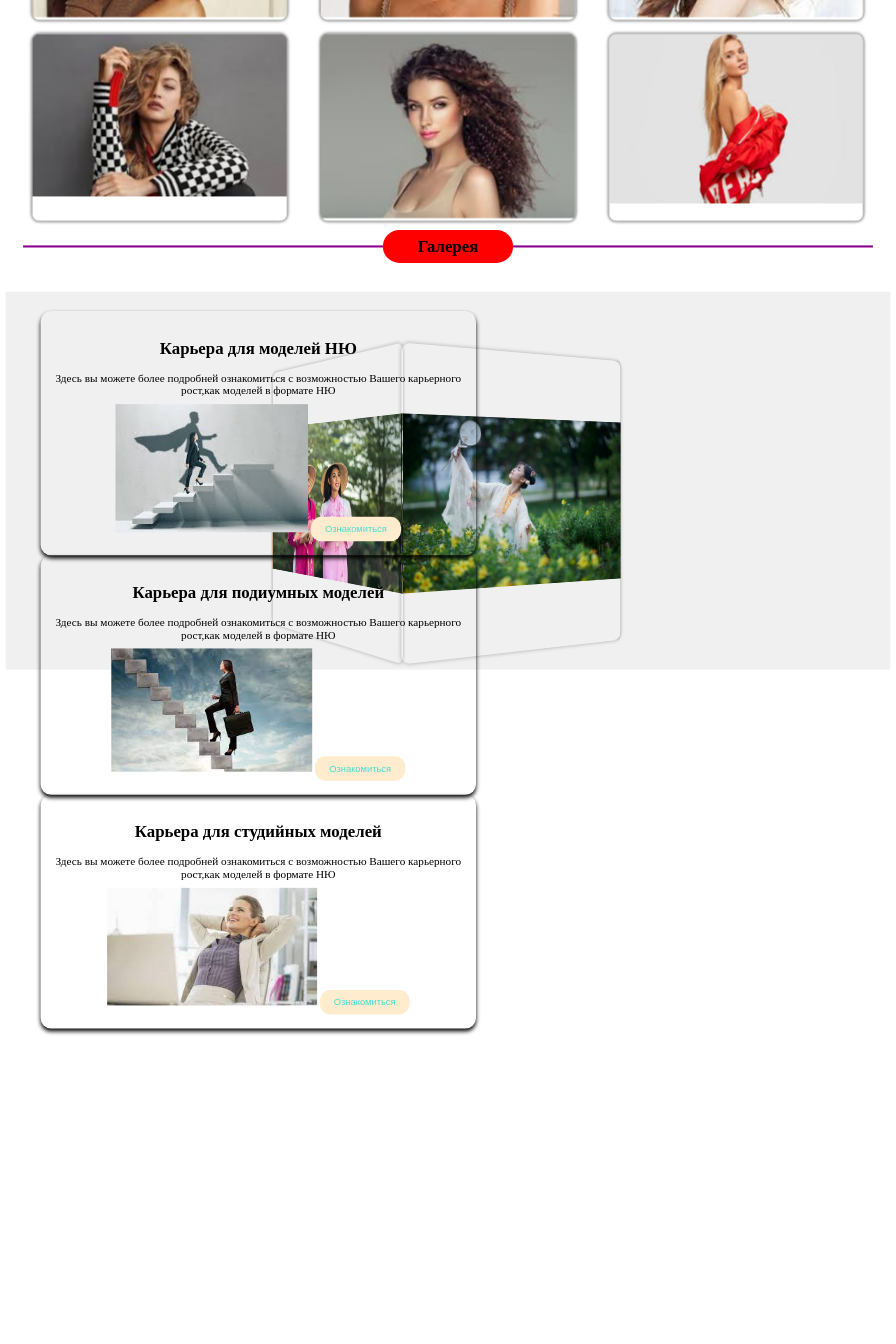
Repository: qtqqrdy13/model-studio
Page: index.html
The author's editor kept a copy of each file at every save. The page is drawn from the files as they stood at one save, then again after the next save.
The browser window is 1280 px wide. The pictures show the part of the page from y = 1561 to 3481 px (the page is 3651 px tall), at 70% of full size.
A picture or video elsewhere on the page could not be fetched, so the positions and the page height are approximate.

Above is the page before, as saved 2023-09-01 13:49:46.

### index.html
<!DOCTYPE html>
<html lang="RU">

<head>
    <meta charset="UTF-8">
    <meta name="viewport" content="width=device-width, initial-scale=1.0">
    <title>model studio</title>
    <link rel="stylesheet" type="text/css" href="style.css">
</head>

<body>
    <header class="header">
        <div class="conteiner">
            <div class="header_inner">
                <div class="header_logo">
                    MS15
                </div>
                <nav class="nav">
                    <a class="nav_link" href="#">Про нас</a>
                    <a class="nav_link" href="#">Для моделей</a>
                    <a class="nav_link" href="#">Галерея</a>
                    <a class="nav_link" href="#">Карьера</a>
                    <a class="nav_link" href="#">Услуги</a>
                    <a class="nav_link" href="#">Контакты</a>
                </nav>
            </div>
        </div>
    </header>

    <div class="intro">
        <div class="intro__inner">
            <h2 class="intro_suptitle">
                Добро пожаловать!
            </h2>
            <h1 class="intro_title">
                На наш сайт
            </h1>
            <a class="button">
                Читать далее
            </a>
        </div>
        <img src="../java/img/ответственная-стильная-девушка-отдающая-приветствие-слушая-порядок-217387674.webp" alt="">

    </div>
    <div id="about_us">
        <div class="announcement">
            <h2 class="title">
                Про нас
            </h2>
        </div>
    </div>
    <div class="welcome_conteiner">
        <div class="text_content">
            <h1>
                МЫ СУПЕР НОВАЯ КРУТАЯ МОДЕЛЬНАЯ СТУДИЯ
            </h1>
            <p>
                Lorem ipsum dolor sit amet consectetur adipiscing elit mollis interdum, ac parturient magnis ultricies
                congue gravida nulla vivamus sem, purus maecenas id vestibulum odio aptent facilisis ante. Finibus mi
                enim porta tristique ipsum conubia viverra bibendum praesent, rhoncus pellentesque senectus vestibulum
                odio ornare curabitur feugiat nec dictum, montes nascetur fringilla netus efficitur himenaeos elementum
                facilisis. Amet purus commodo vel nullam vulputate non mi sagittis ac, malesuada vehicula varius
                phasellus tristique tempor ullamcorper facilisis, sem quisque morbi consequat curae imperdiet eros
                libero.
            </p>
            <a class="clicker" href="#">
                Читать дальше
            </a>
        </div>
        <div class="image_content">
            <img src="../ргн.png">
        </div>
    </div>
    <div id="for_models">
        <div class="announcement">
            <h2 class="title">
                Для моделей
            </h2>
        </div>
    </div>
    <div class="wrapper">
        <div class="block">
            <img src="../java/img/Без названия (1).jpg">
            <div class="information">
                <h1>
                    Хочу Вас познакомить с шикарными девушками которые готовы работать в формате nu.
                </h1>
                <p>
                    Тыкайте сюда.
                </p>
                <a href="#" class="btn">
                    Далее
                </a>
            </div>
        </div>
        <div class="block">
            <img src="../java/img/Без названия (2).jpg">
            <div class="information">
                <h1>
                    Хочу Вас познакомить с шикарными девушками которые готовы работать в формате nu.
                </h1>
                <p>
                    Тыкайте сюда.
                </p>
                <a href="#" class="btn">
                    Далее
                </a>
            </div>
        </div>
        <div class="block">
            <img src="../java/img/Без названия (3).jpg">
            <div class="information">
                <h1>
                    Хочу Вас познакомить с шикарными девушками которые готовы работать в формате nu.
                </h1>
                <p>
                    Тыкайте сюда.
                </p>
                <a href="#" class="btn">
                    Далее
                </a>
            </div>
        </div>
        <div class="block">
            <img src="../java/img/images.jpg">
            <div class="information">
                <h1>
                    Хочу Вас познакомить с шикарными девушками которые готовы работать в формате nu.
                </h1>
                <p>
                    Тыкайте сюда.
                </p>
                <a href="#" class="btn">
                    Далее
                </a>
            </div>
        </div>
        <div class="block">
            <img src="../java/img/images (1).jpg">
            <div class="information">
                <h1>
                    Хочу Вас познакомить с шикарными девушками которые готовы работать в формате nu.
                </h1>
                <p>
                    Тыкайте сюда.
                </p>
                <a href="#" class="btn">
                    Далее
                </a>
            </div>
        </div>
        <div class="block">
            <img src="../java/img/images (2).jpg">
            <div class="information">
                <h1>
                    Хочу Вас познакомить с шикарными девушками которые готовы работать в формате nu.
                </h1>
                <p>
                    Тыкайте сюда.
                </p>
                <a href="#" class="btn">
                    Далее
                </a>
            </div>
        </div>
    </div>
    <div id="gallery">
        <div class="announcement">
            <h2 class="title">
                Галерея
            </h2>
        </div>
    </div>
    <div class="carusel-conteiner">
        <div class="carusel">
            <div class="slide">
                <img src="../java/img/q.webp">
            </div>
            <div class="slide">
                <img src="../java/img/w.jpg">
            </div>
            <div class="slide">
                <img src="../java/img/e.jpg">
            </div>
            <div class="slide">
                <img src="../java/img/r.jpg">
            </div>
            <div class="slide">
                <img src="../java/img/t.jpg">
            </div>
        </div>
    </div>
    </div>
    <div class="centered_conteiner">
    <div class="suction">

        <div class="category">
            <h2>
                Карьера для моделей НЮ
            </h2>
            <p>
                Здесь вы можете более подробней ознакомиться с возможностью Вашего карьерного рост,как моделей в формате
                НЮ
            </p>
            <img src="../java/img/kariera2.jpg" alt="image1">
            <button class="baton">
                Ознакомиться
            </button>
        </div>
        <div class="category">
            <h2>
                Карьера для подиумных моделей
            </h2>
            <p>
                Здесь вы можете более подробней ознакомиться с возможностью Вашего карьерного рост,как моделей в формате
                НЮ
            </p>
            <img src="../java/img/kariera.jpg" alt="image2">
            <button class="baton">
                Ознакомиться
            </button>
        </div>
        <div class="category">
            <h2>
                Карьера для студийных моделей
            </h2>
            <p>
                Здесь вы можете более подробней ознакомиться с возможностью Вашего карьерного рост,как моделей в формате
                НЮ
            </p>
            <img src="../java/img/kariera3.jpg" alt="image3">
            <button class="baton">
                Ознакомиться
            </button>
        </div>
    </div>
</div>
</body>

</html>

### style.css
.header {
    background-color: burlywood;
    color: black;
    padding: 5px;
}

.conteiner {
    max-width: 1200px;
    margin: 0 auto;
}

.header_inner {
    display: flex;
    justify-content: space-between;
    align-items: center;
}

.header_logo {
    font-size: 24px;
    font-weight: bold;
}

.nav {
    display: flex;
}

.nav_link {
    margin-left: 30px;
    text-decoration: none;
    color: black;
    transition: color 0.3s ease;
    align-items: flex-end;
    justify-content: space-between;
}

.nav_link:hover {
    color: crimson;
    font-size: 20px;

}

.nav_link::before {
    position: absolute;
    width: 100%;
    background-color: deeppink;
    transform: scaleX(0);
    transition: transform 0.3s ease;

}

.nav.link:hover::before {
    transform: scaleX(1);
}

.announcement {
    height: 3px;
    background-color: darkmagenta;
    display: flex;
    justify-content: center;
    align-items: center;
    margin: 2% 2%;
}

.title {
    animation-name: fade-in;
    animation-duration: 0.3s;
    text-align: center;
    text-decoration: none;
    color: black;
    background-color: red;
    border-radius: 30px;
    padding: 10px 50px;
}

.title:hover {
    background-color: cadetblue;
    color: coral;
    font-size: 24px;
}

@keyframes fade-in {
    from {
        opacity: 0;
    }

    to {
        opacity: 1;
    }
}

.intro {
    position: relative;
    width: 100%;
    height: auto;
    display: flex;
    align-items: center;
    justify-content: center;
    overflow: hidden;



}

.intro img {
    width: 100%;
    height: auto;
    top: 0;
    left: 0;
    animation: fade-in 1s ease-in-out;
    z-index: -1;
    position: relative;
    display: inline-block;

}

.intro__inner {
    text-align: center;
    z-index: 1;
    position: absolute;
    top: 50%;
    left: 50%;
    transform: translate(-50% -50%);



}

.intro_suptitle {
    font-size: 24px;
    color: aqua;
    margin-bottom: 20px;

}

.intro_title {
    font-size: 18px;
    color: blanchedalmond;
    margin-bottom: 20px;
}

.button {
    display: inline-block;
    padding: 10px 18px;
    background-color: azure;
    color: fuchsia;
    font-size: 16px;
    text-decoration: none;
    border-radius: 5px;
}

.button:hover {
    background-color: antiquewhite;
    color: beige;
    font-size: 24px;
}

@keyframes fade-in {
    from {
        opacity: 0;
    }

    to {
        opacity: 1;
    }

}

.wrapper {
    display: flex;
    flex-wrap: wrap;
    justify-content: space-evenly;
    margin-top: 5%;

}

.block {
    width: calc(30.33% - 20px);
    margin: 10px;
    position: relative;
    overflow: hidden;
    border-radius: 10px;
    box-shadow: 0 0 5px black;



}

.block:hover {
    box-shadow: 0 0 10px black;
    transform: scale(0.9);
}

.block:hover img {
    transform: scale(1.1);
}

.block img {
    width: 100%;
    height: auto;
    object-fit: cover;

}

.information {
    position: absolute;
    bottom: 0;
    left: 0;
    width: 100%;
    padding: 15px;
    background-color: grey;
    color: red;
    opacity: 0;
    transition: opacity 0.3s ease-in-out;
}

.information h1,
p {
    margin: 0;
    padding: 0;
}

.block:hover .information {
    opacity: 1;
}

.btn {
    display: inline-block;
    padding: 10px 20px;
    background-color: brown;
    color: navy;
    text-decoration: none;
    border-radius: 15px;
    margin-top: 5px;
}

.btn:hover {
    background-color: green;
    color: pink;

}

.carusel-conteiner {
    perspective: 1000px;
    display: flex;
    justify-content: center;
    align-items: center;
    height: 75vh;
    background-color: #f0f0f0;
    margin-top: 5%;
}

.carusel {
    width: 300px;
    height: 300px;
    position: relative;
    margin: auto;
    transform-style: preserve-3d;
    animation: rotate 15s infinite linear;
    transform: translateZ(-200px);
}

.slide {
    width: 293px;
    height: 350px;
    position: absolute;
    display: flex;
    justify-content: center;
    align-items: center;
    background-color: #f0f0f0;
    box-shadow: 0px 0px 5px rgba(0, 0, 0, 0.3);
    transform-origin: center center;
    border-radius: 10px;
}

.slide img {
    max-width: 100%;
    max-height: 100%;

}

.slide:nth-child(1) {
    transform: rotateY(0deg) translateZ(200px);
}

.slide:nth-child(2) {
    transform: rotateY(72deg) translateZ(200px);
}

.slide:nth-child(3) {
    transform: rotateY(144deg) translateZ(200px);
}

.slide:nth-child(4) {
    transform: rotateY(216deg) translateZ(200px);
}

.slide:nth-child(5) {
    transform: rotateY(288deg) translateZ(200px);
}

@keyframes rotate {

    0%,
    100% {
        transform: rotateY(0deg);
    }

    20% {
        transform: rotateY(-72deg);
    }

    40% {
        transform: rotateY(-144deg);
    }

    60% {
        transform: rotateY(-216deg);
    }

    80% {
        transform: rotateY(-288deg);
    }
}

.welcome_conteiner {
    display: flex;
    align-items: center;
    justify-content: space-between;
    max-width: 1200px;
    margin: 0 auto;
    padding: 50px;
    background-color: bisque;
    box-shadow: 0px 3px 10px black;
    font-family: 'Gill Sans', 'Gill Sans MT', Calibri, 'Trebuchet MS', sans-serif;
}

.text-content {
    flex: 1;
    padding: 20px;
}

.text-content h1 {
    font-size: 36px;
    margin-bottom: 10px;
}

.text-content p {
    font-size: 18px;
    color: darkblue;
    margin-bottom: 20px;
}

.clicker {
    display: inline-block;
    padding: 10px 20px;
    background-color: navy;
    border-radius: 5px;
    color: gold;
    text-decoration: none;
    transition: background-color 0.3s ease;
    margin-top: 20px;
}

.clicker:hover {
    background-color: gold;
    color: navy;
}

.image_content {
    max-width: 100%;
    height: auto;
    animation: floatAnimation 0.3s infinite;
}

@keyframes floatAnimation {

    0%,
    100% {
        transform: translateY(0);
    }

    50% {
        transform: translateY(-10px);
    }

}

@media (max-width:768px) {
    .welcome_conteiner {
        flex-direction: column;
        text-align: center;
    }

    .image_content {
        margin-top: 20px;
    }
}

.category {
    width: 50%;
    padding: 20px;
    margin: o auto 20px;
    border-radius: 15px;
    box-shadow: 0 4px 6px black;
    transition: transform 0.2s, box-shadow 0.2s;

}

.category:hover {
    transform: translateY(-5px);
    box-shadow: 0 6px 8px black;
}

.category img {
    max-width: 100%;
    height: auto;
    margin-top: 10px;
}

.baton {
    display: inline-block;
    background-color: blanchedalmond;
    color: turquoise;
    border-radius: 15px;
    padding: 10px 20px;
    border: none;
    cursor: pointer;
}

.baton:hover {
    background-color: turquoise;
    color: blanchedalmond;

}

.suction {
    text-align: center;
    padding: 50px;


}
.centered_conteiner{
    position:relative;
    top:50%;
    left:50%;
    transform: translate(-50%, -50%);
}

After the next save:
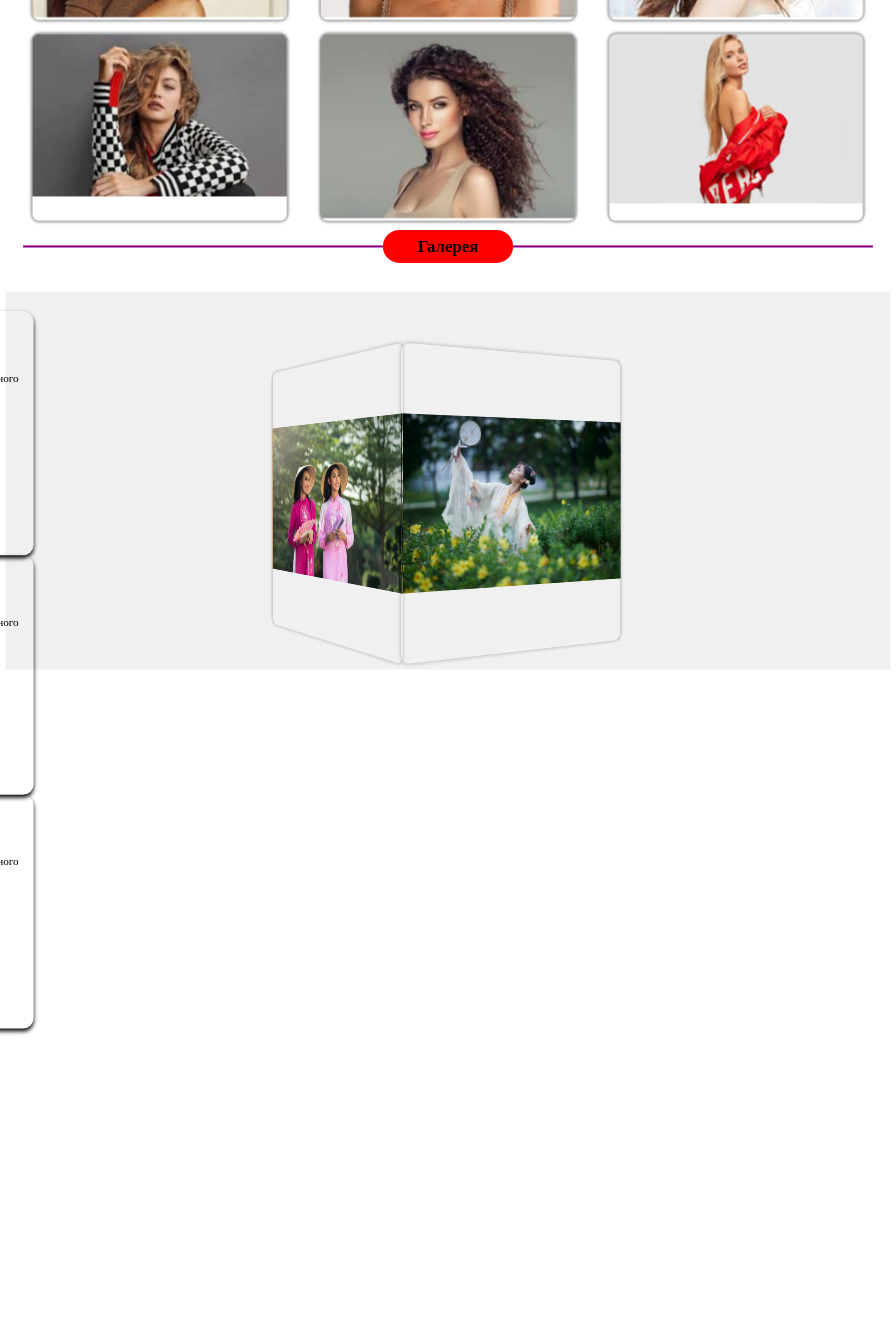
Saved 88 s later.
--- a/style.css
+++ b/style.css
@@ -440,7 +440,6 @@ p {
 
 }
 .centered_conteiner{
-    position:relative;
     top:50%;
     left:50%;
     transform: translate(-50%, -50%);
